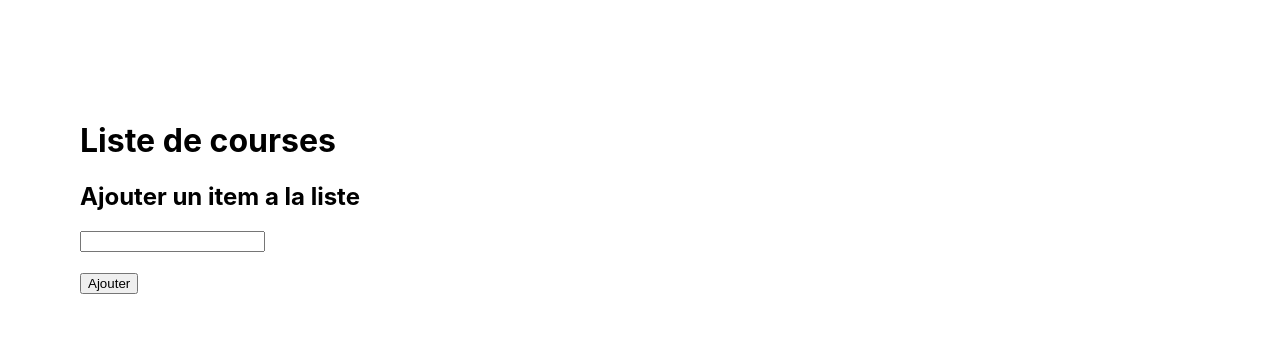
Repository: Retroscilo/partiel-js
Page: /
These files come from the project's save history. The page is drawn as it stood at one moment and after the next save; the edit follows.
The browser window is 1280 px wide. The pictures show the whole page.
The project was rebuilt for these pictures with package versions that can differ from the ones it lists, and the page was loaded fresh each time. Also part of the build but not shown: src/Item.jsx.

Above is the page before, as saved 2022-02-23 09:24:47.

After the next save:
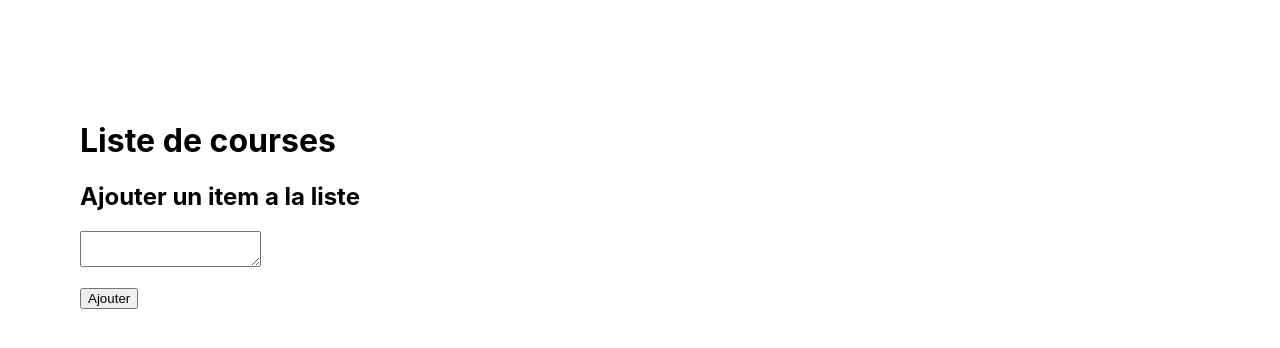
Saved 26 s later.
--- a/src/App.jsx
+++ b/src/App.jsx
@@ -20,7 +20,7 @@ function App() {
       ))}
       <div>
         <h2>Ajouter un item a la liste</h2>
-        <input type="textarea" onChange={e => setInputValue(e.target.value)} style={{display: 'block', marginBottom: "20px"}} />
+        <textarea onChange={e => setInputValue(e.target.value)} style={{display: 'block', marginBottom: "20px"}} />
         <button onClick={addItem}>Ajouter</button>
       </div>
     </div>
